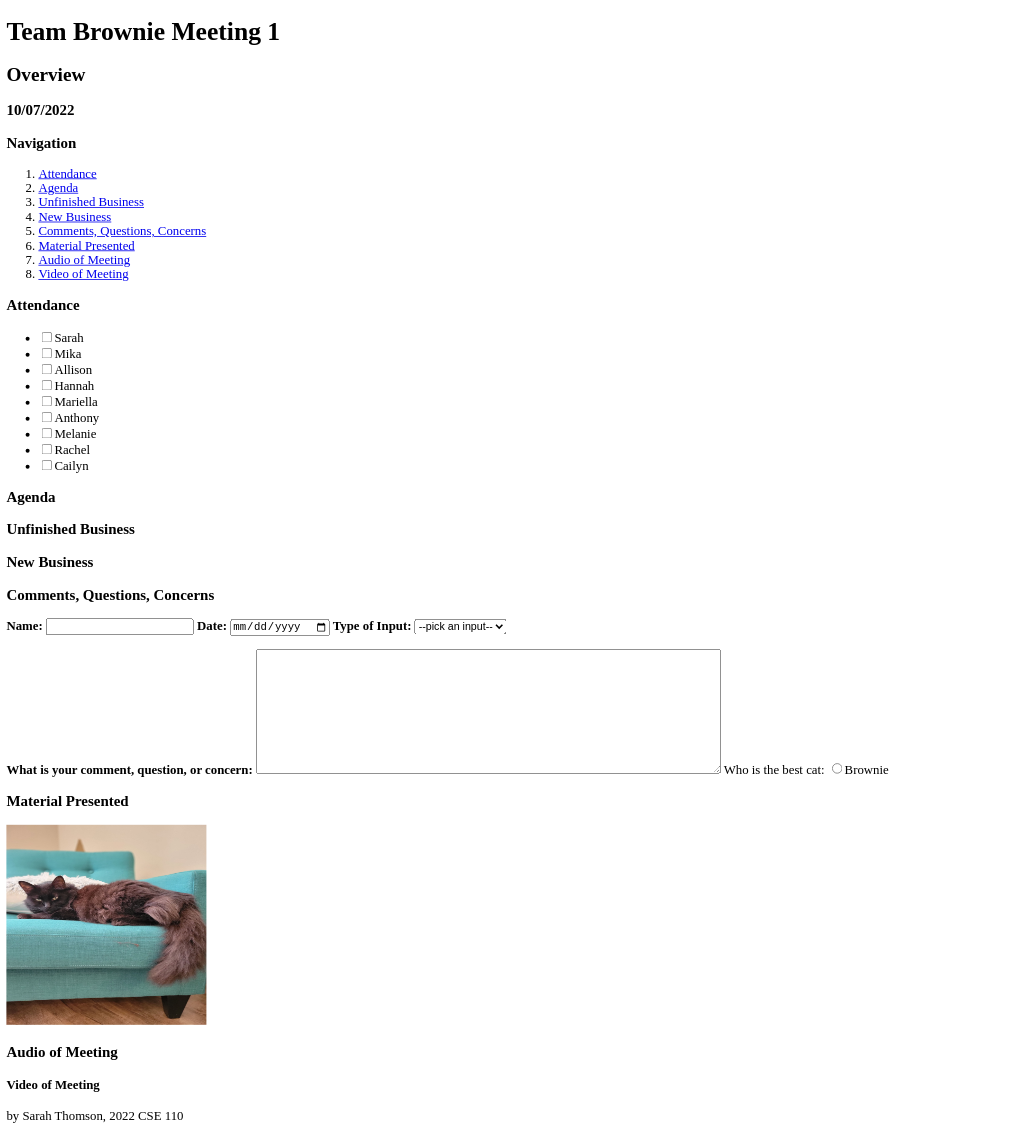
Repository: sarahtthomson/fa22-cse110-lab3
Page: index.html
The author's editor kept a copy of each file at every save. The page is drawn from the files as they stood at one save, then again after the next save.
The browser window is 1280 px wide. The pictures show the whole page, at 80% of full size.

Above is the page before, as saved 2022-10-08 18:15:17.

### index.html
<!DOCTYPE html>
<html lang="en">
    <head>
        <Title>Team Brownie</Title>
        <meta name="description" content="Meeting minutes for Team Brownie">
        <link rel="icon" href="favicon.ico">
    </head>
    <body>
        <header>
            <h1>Team Brownie Meeting 1</h1>
            <h2>Overview</h2>
            <h3>10/07/2022</h3>
        </header>
        <main>
            <nav class="nav">
                <h3>Navigation</h4>
                <ol>
                    <li><a href="#Attendance" >Attendance</a></li>
                    <li><a href="#Agenda">Agenda</a></li>
                    <li><a href="#Unfinished">Unfinished Business</a></li>
                    <li><a href="#New">New Business</a></li>
                    <li><a href="#Comments">Comments, Questions, Concerns</a></li>
                    <li><a href="#Material">Material Presented</a></li>
                    <li><a href="#Audio">Audio of Meeting</a></li>
                    <li><a href="#Video">Video of Meeting</a></li>
                </ol>
            </nav>
            <div class="Attendance" id="Attendance">
                <h3>Attendance</h3>
                <ul>
                    <li><input type="checkbox">Sarah</li>
                    <li><input type="checkbox">Mika</li>
                    <li><input type="checkbox">Allison</li>
                    <li><input type="checkbox">Hannah</li>
                    <li><input type="checkbox">Mariella</li>
                    <li><input type="checkbox">Anthony</li>
                    <li><input type="checkbox">Melanie</li>
                    <li><input type="checkbox">Rachel</li>
                    <li><input type="checkbox">Cailyn</li>
                </ul>
            </div>
            <div class="Agenda" id="Agenda">
                <h3>Agenda</h3>

            </div>
            <div class="Unfinished" id="Unfinished">
                <h3>Unfinished Business</h3>
            </div>
            <div class="New" id="New">
                <h3>New Business</h3>
            </div>
            <div class="Comments" id="Comments">
                <h3>Comments, Questions, Concerns</h3>
                <form method="get" class="cqc">
                    <label for="name"><b>Name:</b></label>
                    <input type="text" name="name" id="name">
                    <label for="date"><b>Date:</b></label>
                    <input type="date" name="date" id="date">
                    <label for="cqorc"><b>Type of Input:</b></label>
                    <select id="input">
                        <option value="">--pick an input--</option>
                        <option value="comment">Comment</option>
                        <option value="question">Question</option>
                        <option value="concern">Concern</option>
                    </select>
                    <p></p>
                    <label for="textbox"><b>What is your comment, question, or concern:</b></label>
                    <textarea id="textbox" name="textbox" rows="10" cols="70"></textarea>
                    <label for="best">Who is the best cat:</label>
                    <input type="radio" id="brownie" name="cat"><label for="brownie">Brownie</label>
                </form>
            </div>
            <div class="Material" id="Material">
                <h3>Material Presented</h3>
                <img height="250" width="250" src="cat.jpg">
            </div>
            <div class="Audio" id="Audio">
                <h3>Audio of Meeting</h3>
            </div>
            <div class="Video" id="Video">
                <h4>Video of Meeting</h4>
            </div>
        </main>
        <footer>
            <p>by Sarah Thomson, 2022 CSE 110</p>
        </footer>

    </body>
</html>

After the next save:
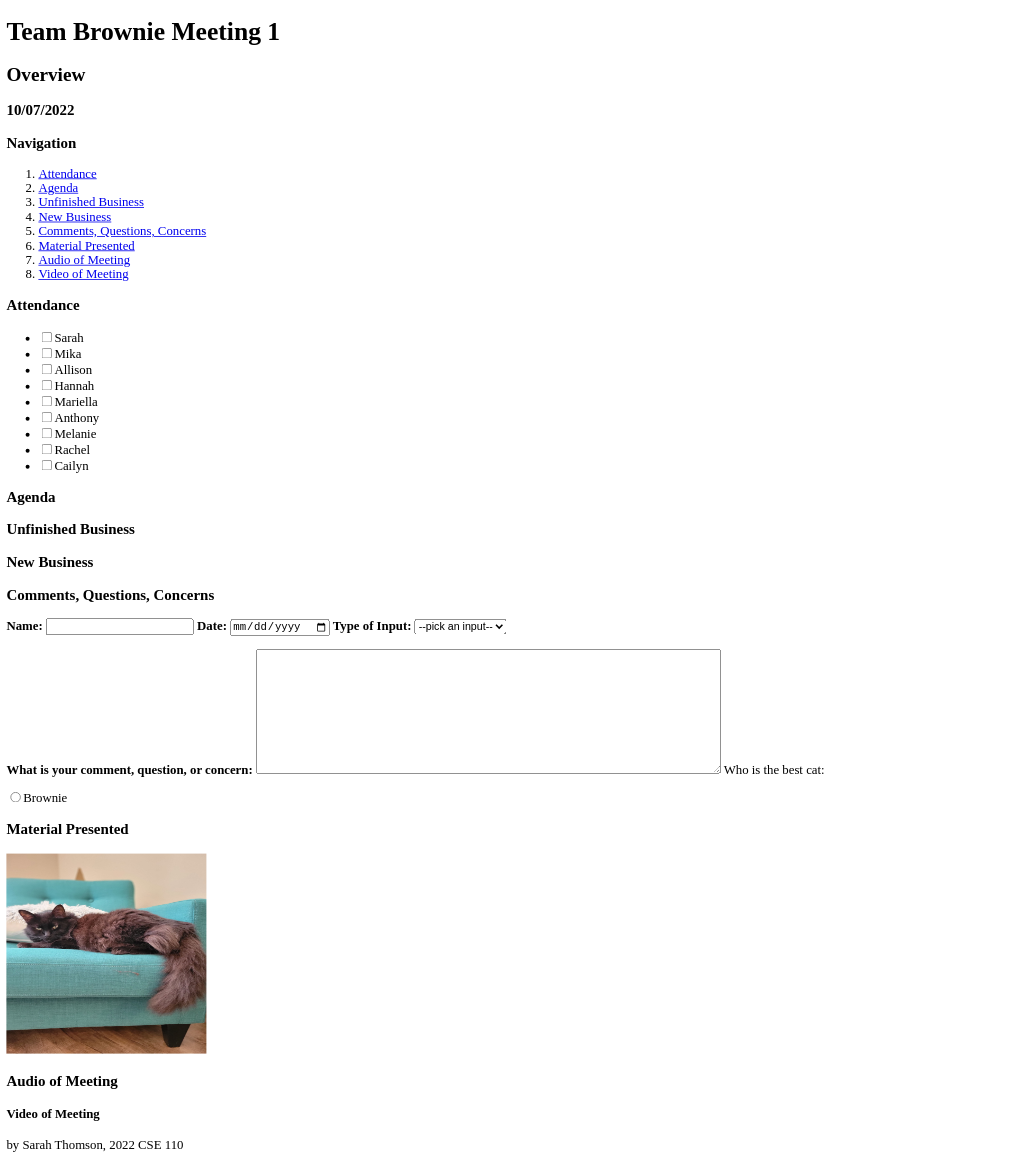
Saved 11 s later.
--- a/index.html
+++ b/index.html
@@ -67,6 +67,7 @@
                     <label for="textbox"><b>What is your comment, question, or concern:</b></label>
                     <textarea id="textbox" name="textbox" rows="10" cols="70"></textarea>
                     <label for="best">Who is the best cat:</label>
+                    <p></p>
                     <input type="radio" id="brownie" name="cat"><label for="brownie">Brownie</label>
                 </form>
             </div>
